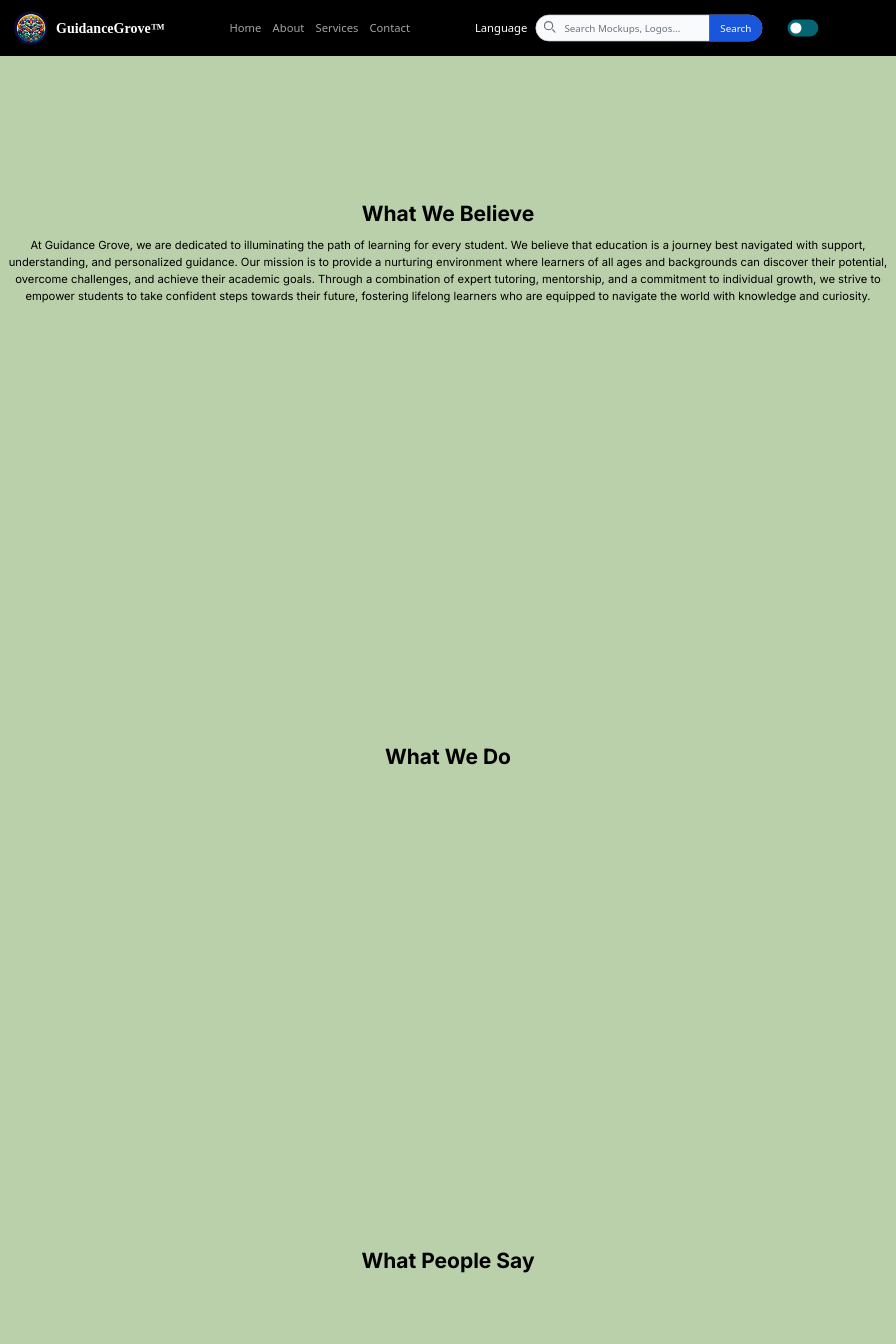
Repository: PositiveGuy/GuidanceGrove
Page: /
The author's editor kept a copy of each file at every save. The page is drawn from the files as they stood at one save, then again after the next save.
The browser window is 1280 px wide. The pictures show the part of the page from y = 0 to 1920 px (the page is 3874 px tall), at 70% of full size.
The project was rebuilt for these pictures with package versions that can differ from the ones it lists, and the page was loaded fresh each time. The framework's server and built-in components were replaced by stand-ins that run in the browser. Also part of the build but not shown: next.config.js.

Above is the page before, as saved 2023-12-28 15:52:45.

After the next save:
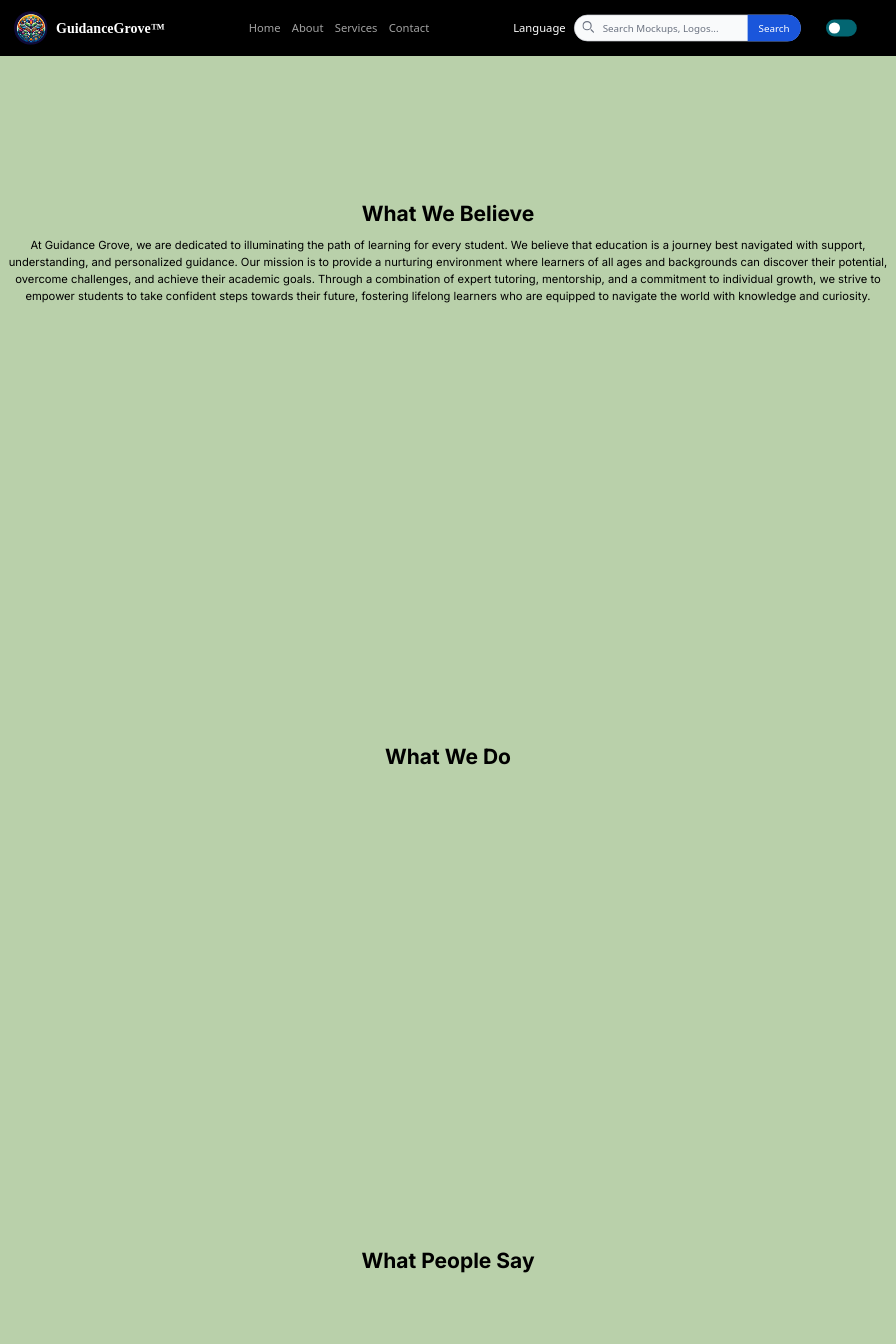
Saved 29 s later.
--- a/src/components/header.tsx
+++ b/src/components/header.tsx
@@ -3,6 +3,7 @@ import { useState } from "react";
 import MobileNavigation from "./MobileNavigation";
 import ThemeToggle from "./ThemeToggle";
 import SearchBar from "./SearchBar";
+import { Navbar } from "flowbite-react";
 
 
 const Header = () => {
@@ -33,8 +34,31 @@ const Header = () => {
           <div className="text-white">Language</div>
           <SearchBar />
           <ThemeToggle />
-          <div>
-            Navbar
+          <div >
+            <Navbar className='lg:hidden flex   w-full h-20 justify-between items-center p-5 bg-black fixed z-50'       >
+
+              <div className="flex items-center space-x-3">
+                <img src="/Logo/guidance-grove-logo.png" alt="Guidance Grove Logo" className="h-12 w-12 rounded-full" />
+
+              </div>
+
+              <div className='flex'>
+                <div className='hidden'>
+                  <SearchBar />
+                </div>
+                <ThemeToggle />
+                <Navbar.Toggle className="bg-black md:inline-flex lg:hidden" />
+
+                <Navbar.Collapse className='bg-white absolute top-[5rem]'>
+                  <SearchBar />
+                  <Navbar.Link href="#">Home</Navbar.Link>
+                  <Navbar.Link href="#">About</Navbar.Link>
+                  <Navbar.Link href="#">Service</Navbar.Link>
+                  <Navbar.Link href="#">Contact</Navbar.Link>
+                  <Navbar.Link href="#">Language</Navbar.Link>
+                </Navbar.Collapse>
+              </div>
+            </Navbar>
           </div>
         </div>
       </nav>
